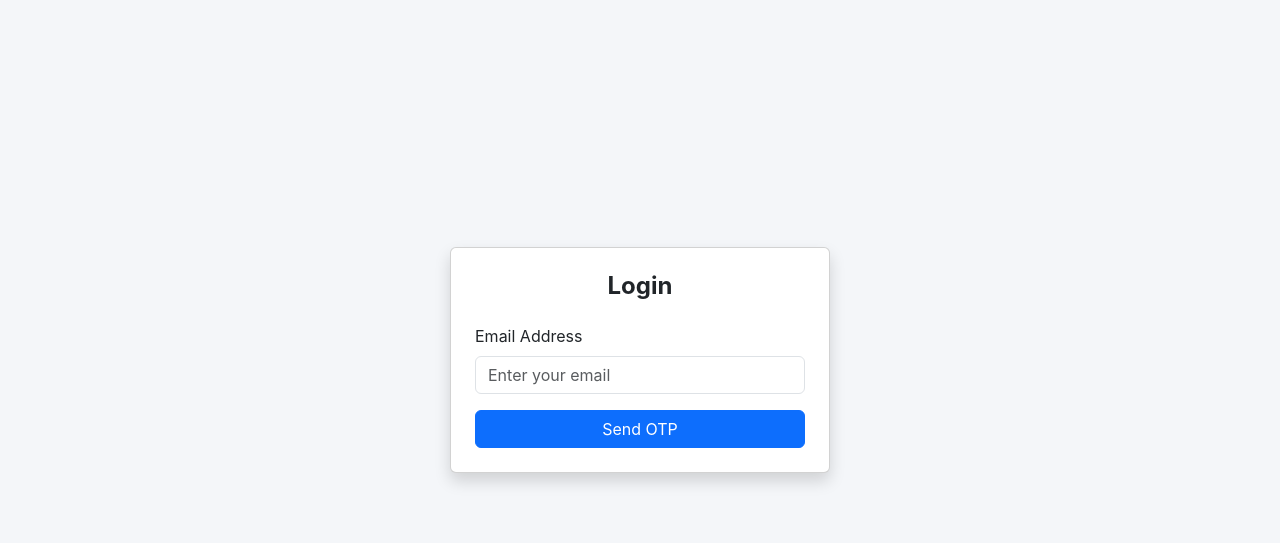
Repository: avmaurya07/unlock-dashboard
Page: /dashboard/user
The author's editor kept a copy of each file at every save. The page is drawn from the files as they stood at one save, then again after the next save.
The browser window is 1280 px wide. The pictures show the whole page.
The project was rebuilt for these pictures with package versions that can differ from the ones it lists, and the page was loaded fresh each time. Also part of the build but not shown: vite.config.js, src/index.css, src/components/Sidebar.jsx, src/components/Topbar.jsx, src/layout/MainLayout.jsx, src/components/DashboardCard.jsx, src/pages/Dashboard.jsx, src/pages/Events.jsx and 24 more.

Above is the page before, as saved 2025-12-28 22:50:37.

After the next save:
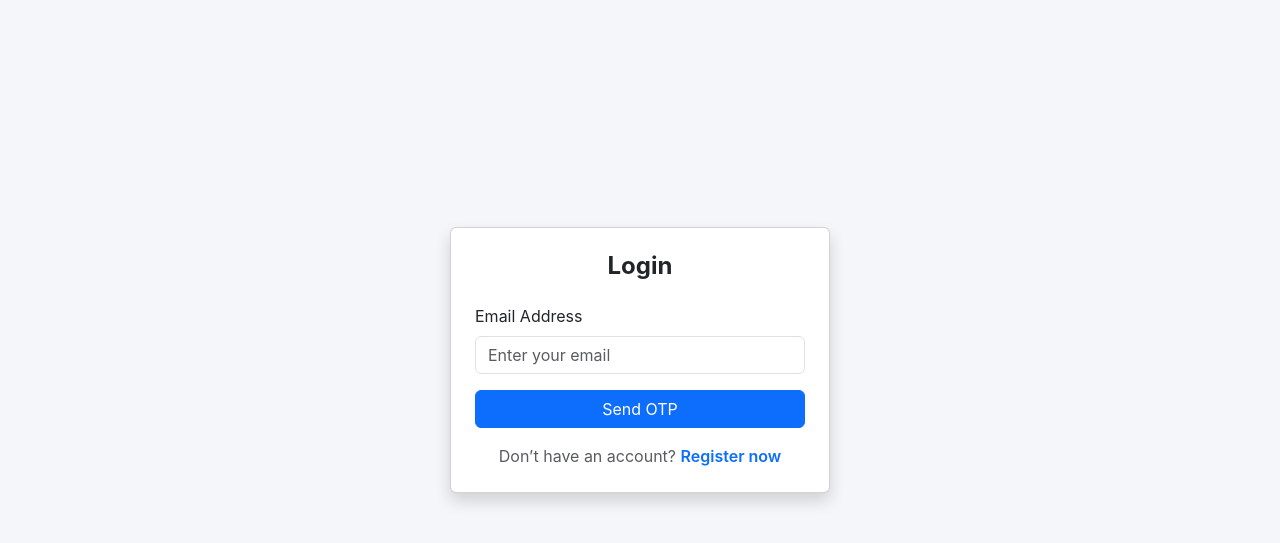
Saved 21 s later.
--- a/src/pages/Login.jsx
+++ b/src/pages/Login.jsx
@@ -89,6 +89,13 @@ export default function Login() {
             <button className="btn btn-primary w-100" onClick={handleEmailSubmit}>
               Send OTP
             </button>
+
+            <div className="text-center mt-3">
+  <span className="text-muted">Don’t have an account?</span>{" "}
+  <Link to="/register-publisher" className="fw-semibold text-decoration-none">
+    Register now
+  </Link>
+</div>
           </>
         ) : (
           <>
